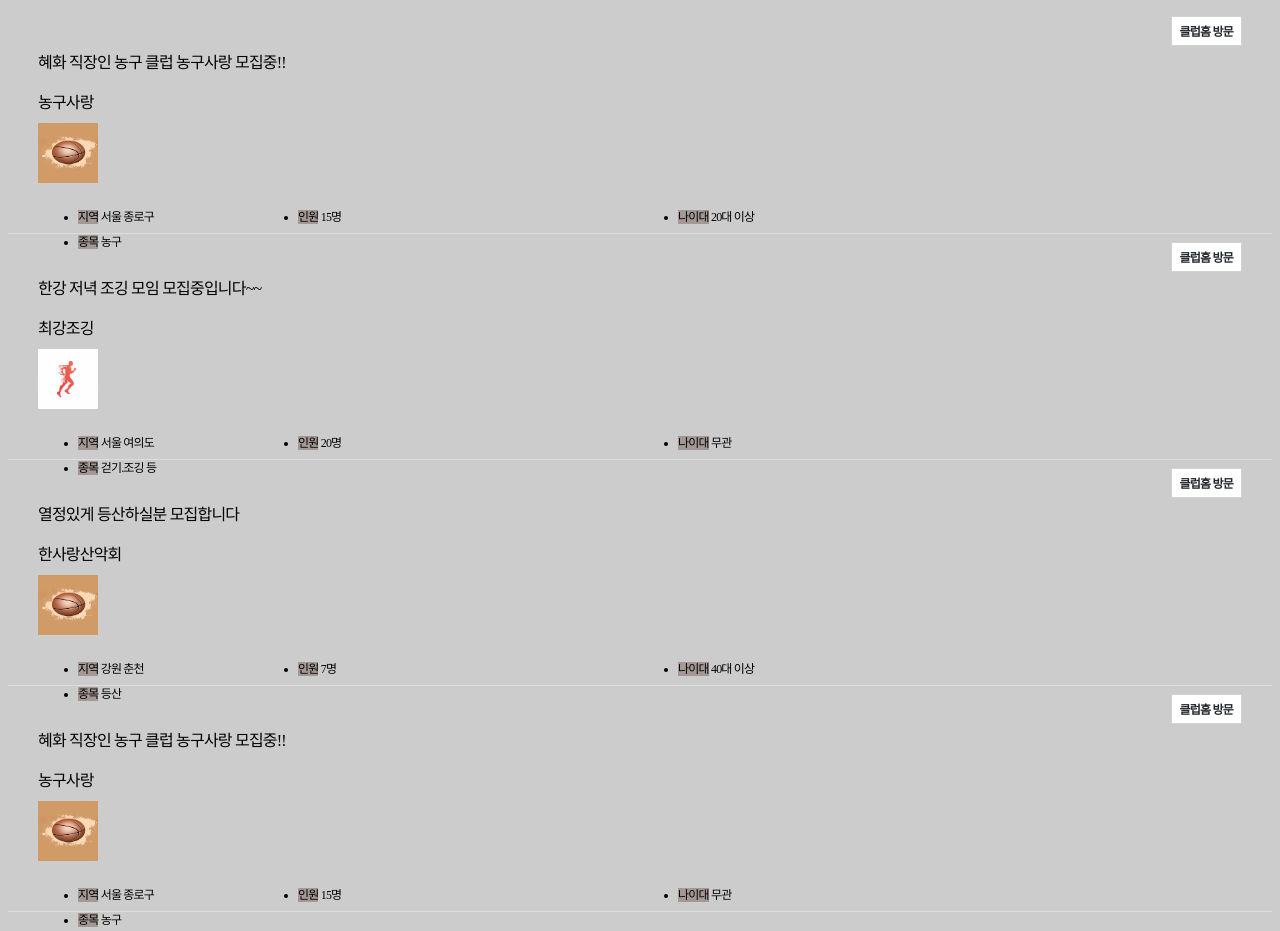
Repository: jaemin333/study
Page: club.html
An editor plug-in stored every save of this project. The page is shown before and after the next save, followed by the edit.
The browser window is 1280 px wide. The pictures show the whole page.

Above is the page before, as saved 2021-07-02 02:27:14.

After the next save:
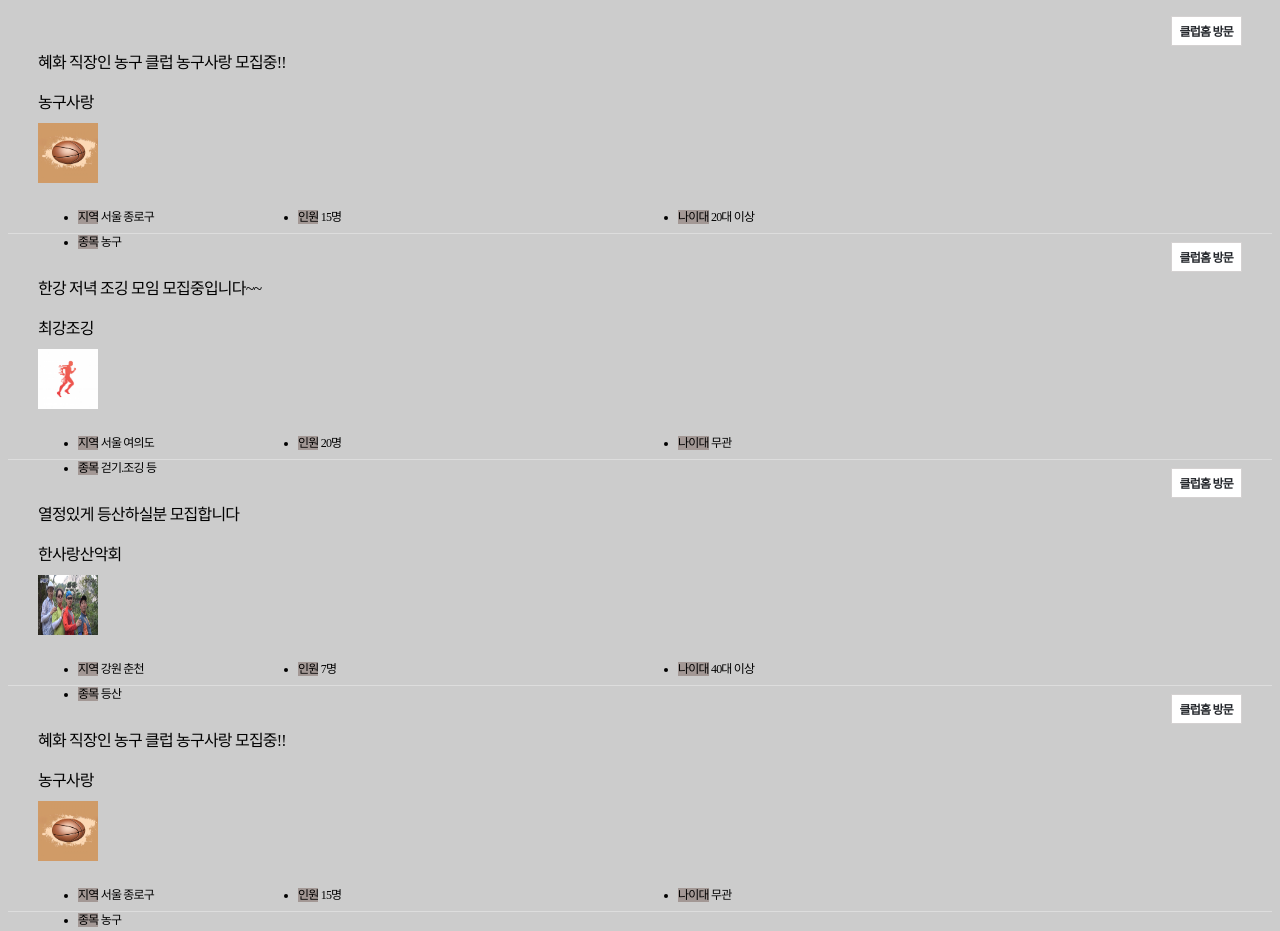
Saved 67 s later.
--- a/club.html
+++ b/club.html
@@ -95,7 +95,7 @@
             <div class ="cbInfo">
                 <div class="cbMark">
                     <span class="clubmark">
-                        <img src = "bask.png" width="60" height="60">
+                        <img src = "hike.png" width="60" height="60">
                 </div>
             <ul>
                 <li>
